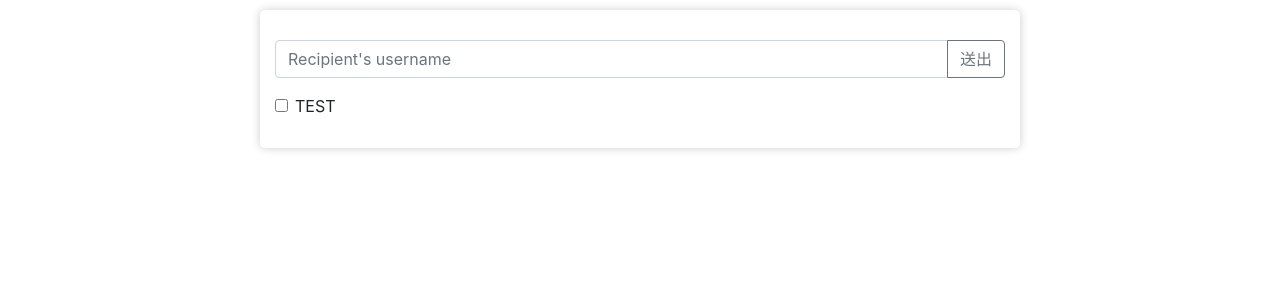
Repository: iian0910/vue3_todoList
Page: /
The author's editor kept a copy of each file at every save. The page is drawn from the files as they stood at one save, then again after the next save.
The browser window is 1280 px wide. The pictures show the whole page.
The project was rebuilt for these pictures with package versions that can differ from the ones it lists, and the page was loaded fresh each time.

Above is the page before, as saved 2021-02-23 15:54:08.

### src/App.vue
<template>
  <TodoList/>
</template>

<script lang="ts">
import { defineComponent } from 'vue'
import TodoList from './components/TodoList.vue'

export default defineComponent({
  name: 'App',
  components: {
    TodoList
  }
})
</script>

<style lang="scss">
@import './assets/scss/all';
</style>

### src/assets/scss/all.scss
@import '~bootstrap/scss/bootstrap.scss';
@import './helpers/variables';

### src/components/TodoList.vue
<template>
  <div class="container">
    <div class="row">
      <div class="col-8 offset-2 content">
        <!-- input 輸入框 -->
        <div class="input-group mb-3">
          <input
            type="text"
            class="form-control"
            placeholder="Recipient's username"
            v-model="newTodo">
          <div class="input-group-append">
            <button
              class="btn btn-outline-secondary"
              type="button"
              @click="addTodo">送出</button>
          </div>
        </div>
        <!---->

        <!-- List 展示 -->
        <ul class="list">
          <li class="list-item" v-for="item in todoList" :key="item.id">
            <div class="form-check">
              <input class="form-check-input" type="checkbox" value="" :id="item.id">
              <label class="form-check-label" :for="item.id">{{item.title}}</label>
            </div>
          </li>
        </ul>
        <!---->
      </div>
    </div>
  </div>
</template>
<script lang="ts">
import { defineComponent, reactive, ref } from 'vue'

interface Todo {
  // eslint-disable-next-line @typescript-eslint/member-delimiter-style
  id: string
  // eslint-disable-next-line @typescript-eslint/member-delimiter-style
  title: string
}

export default defineComponent({
  name: 'TodoList',
  setup () {
    const newTodo = ref('')
    const todoList = [{
      id: '001',
      title: 'TEST'
    }]

    function addTodo () {
      if (newTodo.value) {
        todoList.push({
          id: '001',
          title: newTodo.value
        })
        console.log('nowTodoList:', todoList)
      }
    }

    return {
      todoList,
      newTodo,
      addTodo
    }
  }
})
</script>

<style lang="scss">
.content{
  padding: 30px;
  margin: 10px auto;
  border-radius: 5px;
  box-shadow: 0px 0px 10px 0px rgba(0, 0, 0, 0.2);
}
.list{
  padding: 0;
  margin: 0;
  list-style: none;
}
</style>

Loaded but not shown: public/index.html (common file); src/main.ts (common file); src/assets/scss/helpers/_variables.scss (1146 lines, source omitted)

After the next save:
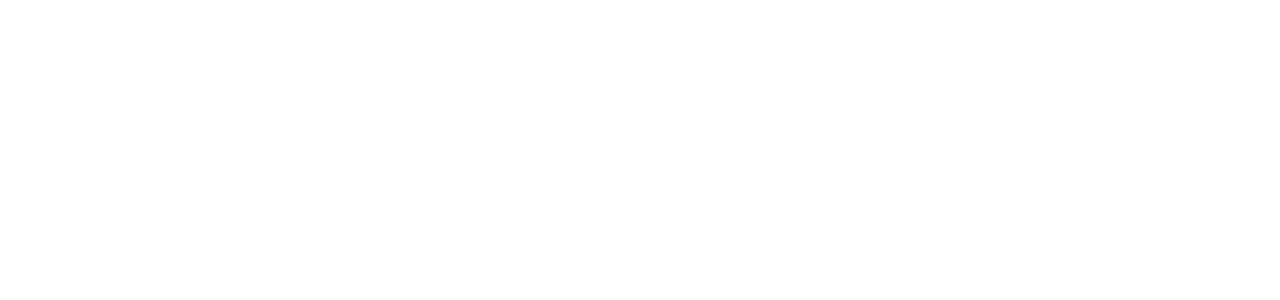
Console error: TypeError: Cannot read properties of undefined (reading 'id')
Saved 71 s later.
--- a/src/components/TodoList.vue
+++ b/src/components/TodoList.vue
@@ -20,10 +20,10 @@
 
         <!-- List 展示 -->
         <ul class="list">
-          <li class="list-item" v-for="item in todoList" :key="item.id">
+          <li class="list-item" v-for="(todo, index) in todoList" :key="index">
             <div class="form-check">
               <input class="form-check-input" type="checkbox" value="" :id="item.id">
-              <label class="form-check-label" :for="item.id">{{item.title}}</label>
+              <label class="form-check-label" :for="item.id">{{todo.title}}</label>
             </div>
           </li>
         </ul>

After the save that followed:
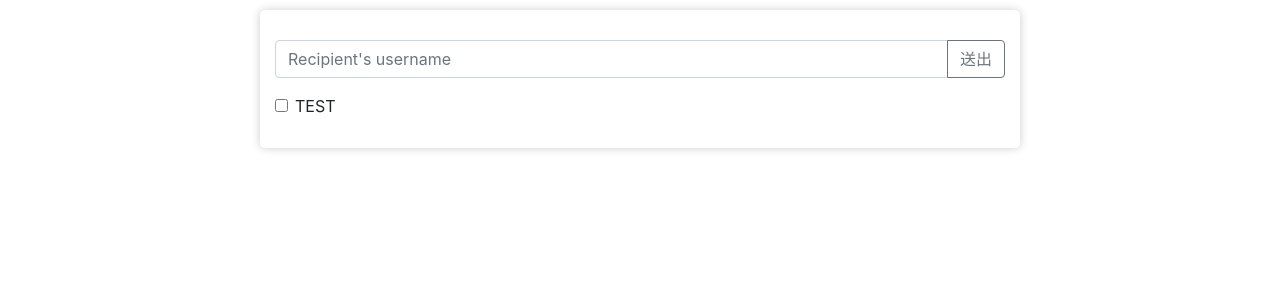
The error is gone.
Saved 13 s later.
--- a/src/components/TodoList.vue
+++ b/src/components/TodoList.vue
@@ -22,8 +22,8 @@
         <ul class="list">
           <li class="list-item" v-for="(todo, index) in todoList" :key="index">
             <div class="form-check">
-              <input class="form-check-input" type="checkbox" value="" :id="item.id">
-              <label class="form-check-label" :for="item.id">{{todo.title}}</label>
+              <input class="form-check-input" type="checkbox" value="" :id="todo.id">
+              <label class="form-check-label" :for="todo.id">{{todo.title}}</label>
             </div>
           </li>
         </ul>
